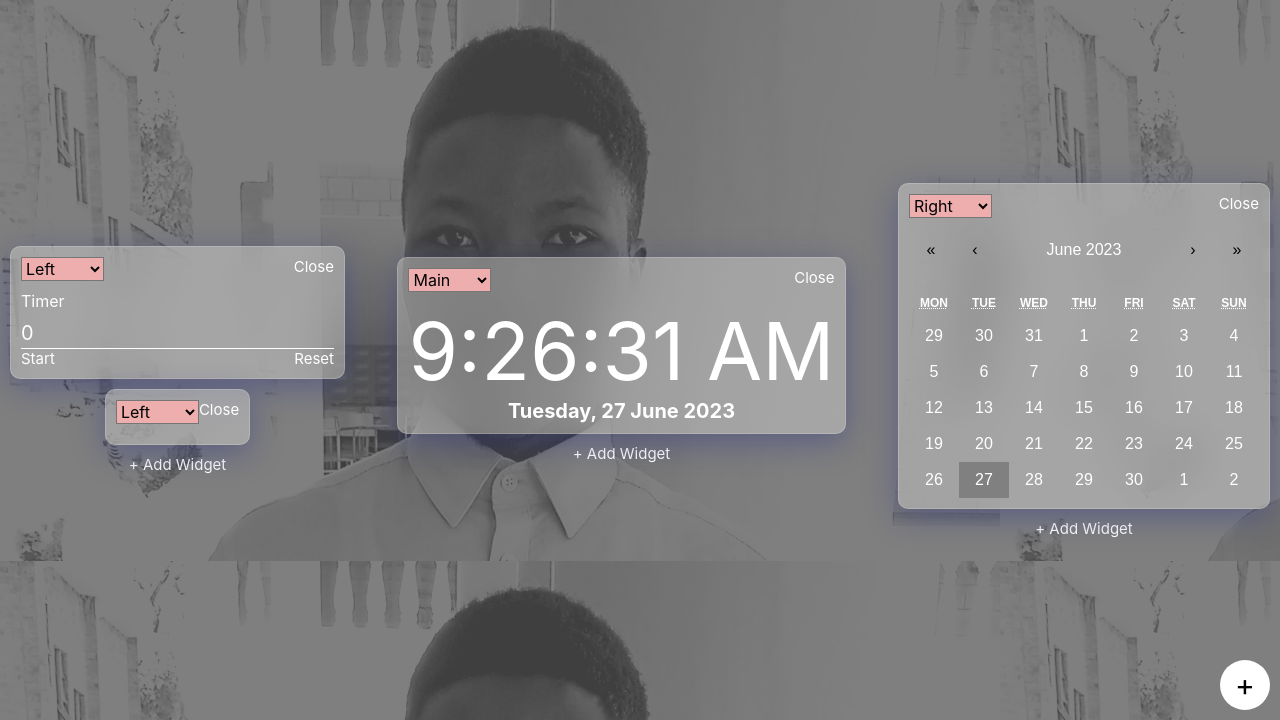
Repository: Angera-Silas/Planner-app
Page: /
An editor plug-in stored every save of this project. The page is shown before and after the next save, followed by the edit.
The browser window is 1280 px wide. The pictures show the whole page.
The project was rebuilt for these pictures with package versions that can differ from the ones it lists, and the page was loaded fresh each time. Also part of the build but not shown: src/widgets/ReminderListWidget.js, src/modals/WidgetGalleryModal.js.

Above is the page before, as saved 2023-06-27 17:29:45.

### src/index.css
body {
  margin: 0;
  font-family: -apple-system, BlinkMacSystemFont, 'Segoe UI', 'Roboto', 'Oxygen',
    'Ubuntu', 'Cantarell', 'Fira Sans', 'Droid Sans', 'Helvetica Neue',
    sans-serif;
  -webkit-font-smoothing: antialiased;
  -moz-osx-font-smoothing: grayscale;
}

code {
  font-family: source-code-pro, Menlo, Monaco, Consolas, 'Courier New',
    monospace;
}
*,
*::before,
*::after {
 box-sizing: border-box;
}

img,
svg,
video,
canvas,
audio,
iframe,
embed,
object {
 display: block;
 max-width: 100%;
}

input,
button,
textarea,
select {
 font: inherit;
 color: black;
}

* {
 margin: 0;
 padding: 0;
 box-sizing: border-box;
 font: inherit;
 color: white;
}

/* width */
::-webkit-scrollbar {
 width: 10px;
}

/* Track */
::-webkit-scrollbar-track {
 background: #363636;
}

/* Handle */
::-webkit-scrollbar-thumb {
 background: #777;
}

/* Handle on hover */
::-webkit-scrollbar-thumb:hover {
 background: #1e1e1e;
}

### src/App.js
import React, { useState } from 'react';
import './App.css';
import ClockWidget from './widgets/ClockWidget';
import WidgetGalleryModal from './modals/WidgetGalleryModal';
import Draggable from 'react-draggable';
import TimerWidget from './widgets/TimerWidget';
import CalendarWidget from './widgets/CalendarWidget';
import MyCustomWidget from './widgets/MyCustomWidget';

function App() {
 const [widgets, setWidgets] = useState([
  { id: new Date().getTime(), component: <ClockWidget />, area: 'main-widget', name: "Date and Time" },
  { id: new Date().getTime() + 2, component: <CalendarWidget />, area: 'right-widget', name: "Calendar" },
  { id: new Date().getTime() + 1, component: <TimerWidget />, area: 'left-widget', name:"Timer" },
  { id: new Date().getTime(), component: <MyCustomWidget/>,area:'left-widget',name:"Stopwatch"},
 ])
 const [showWidgetModal, setShowWidgetModal] = useState(false)
 const [selectedWidgetArea, setSelectedWidgetArea] = useState('')

 const removeWidget = (index) => {
  try {
   setWidgets(widgets.filter(widget => widget.id !== index))
  } catch (error) {
   console.log(error)
  }
 }

 return (
  <>
   {showWidgetModal && <WidgetGalleryModal setShowWidgetModal={setShowWidgetModal} selectedWidgetArea={selectedWidgetArea} widgets={widgets} setWidgets={setWidgets} />}
   <div className="add-button"
    onClick={() => {
     console.log('add button clicked')
     setShowWidgetModal(true)
     setSelectedWidgetArea('none-widget')
    }}
   >
    <p
     className='add-widget-button'
     style={{ background: "none", border: "none", color: "black", fontSize: "30px", cursor: "pointer", backgroundColor: "white", borderRadius: "50%", width: "50px", display: "flex", justifyContent: "center", alignItems: "center", height: "50px", position: "fixed", bottom: "10px", right: "10px" }}
    >+</p>
   </div>
   <div className='none-widget' >
    {widgets.length > 0 && widgets.map((widget, index) => {
     if (widget.area === 'none-widget') {
      return (
       <Draggable>
            <div style={{ padding: 10,}} className='widget-container' >
             <div style={{ marginBottom: 10 }}>
              <select value={widget.area}
               onChange={(e) => {
                let widgetList = [...widgets]
                widgetList[index].area = e.target.value
                setWidgets(widgetList)
               }}
              >
               <option value="none-widget">Floating</option>
               <option value="left-widget">Left</option>
               <option value="main-widget">Main</option>
               <option value="right-widget">Right</option>
              </select>
              <button
               onClick={() => {
                removeWidget(widget.id)
               }}
               style={{ background: "none", border: "none", color: "white", fontSize: "15px", cursor: "pointer", float: "right" }}
              >Close</button>
             </div>
             {widget.component}
            </div>
       </Draggable>
      )
     }
    })}
   </div>
   <div className="App">
    <div className="container">
     <div className='left-widget'>
      {widgets.length > 0 && widgets.map((widget, index) => {
       if (widget.area === 'left-widget') {
        return (
         <div style={{ padding: 10,}} className='widget-container'>
          <div style={{ marginBottom: 10 }}>
           <select value={widget.area}
            onChange={(e) => {
             let widgetList = [...widgets]
             widgetList[index].area = e.target.value
             setWidgets(widgetList)
            }}
           >
            <option value="none-widget">Floating</option>
            <option value="left-widget">Left</option>
            <option value="main-widget">Main</option>
            <option value="right-widget">Right</option>
           </select>
           <button
            onClick={() => {
             removeWidget(widget.id)
            }}
            style={{ background: "none", border: "none", color: "white", fontSize: "15px", cursor: "pointer", float: "right" }}
           >Close</button>
          </div>
          {widget.component}
         </div>
        )
       }
      })}
      {widgets.filter(widget => widget.area === 'left-widget').length < 3 && widgets.filter(widget => widget.area === 'left-widget').length > 0 &&
       <button
        className='add-widget-button'
        onClick={() => {
         setShowWidgetModal(true)
         setSelectedWidgetArea('left-widget')
        }}>+ Add Widget</button>
      }
     </div>
     <div className='main-widget'>
      {widgets.length > 0 && widgets.map((widget, index) => {
       if (widget.area === 'main-widget') {
        return (
         <div style={{ padding: 10,}} className='widget-container' >
          <div style={{ marginBottom: 10 }}>
           <select value={widget.area}
            onChange={(e) => {
             let widgetList = [...widgets]
             widgetList[index].area = e.target.value
             setWidgets(widgetList)
            }}
           >
            <option value="none-widget">Floating</option>
            <option value="left-widget">Left</option>
            <option value="main-widget">Main</option>
            <option value="right-widget">Right</option>
           </select>
           <button
            onClick={() => {
             removeWidget(widget.id)
            }}
            style={{ background: "none", border: "none", color: "white", fontSize: "15px", cursor: "pointer", float: "right" }}
           >Close</button>
          </div>
          {widget.component}
         </div>
        )
       }
      })}
      {widgets.filter(widget => widget.area === 'main-widget').length < 2 &&
       <button
        className='add-widget-button'
        onClick={() => {
         setShowWidgetModal(true)
         setSelectedWidgetArea('main-widget')
        }}>+ Add Widget</button>
      }
     </div>
     <div className='right-widget'>
      {widgets.length > 0 && widgets.map((widget, index) => {
       if (widget.area === 'right-widget') {
        return (
         <div style={{ padding: 10,}} className='widget-container'>
          <div style={{ marginBottom: 10 }}>
           <select value={widget.area}
            onChange={(e) => {
             let widgetList = [...widgets]
             widgetList[index].area = e.target.value
             setWidgets(widgetList)
            }}
           >
            <option value="none-widget">Floating</option>
            <option value="left-widget">Left</option>
            <option value="main-widget">Main</option>
            <option value="right-widget">Right</option>
           </select>
           <button
            onClick={() => {
             removeWidget(widget.id)
            }}
            style={{ background: "none", border: "none", color: "white", fontSize: "15px", cursor: "pointer", float: "right" }}
           >Close</button>
          </div>
          {widget.component}
         </div>
        )
       }
      })}
      {widgets.filter(widget => widget.area === 'right-widget').length < 3 && widgets.filter(widget => widget.area === 'right-widget').length > 0 &&
       <button
        className='add-widget-button'
        onClick={() => {
         setShowWidgetModal(true)
         setSelectedWidgetArea('right-widget')
        }}>+ Add Widget</button>
      }
     </div>
    </div>
   </div>
  </>
 )
}

export default App;

### src/App.css
.App {
  background: url("background.jpg");
  height: 100vh;
  display: flex;
  justify-content: flex-start;
  align-items: center;

}

.container {
  display: flex;
  flex-direction: row;
  align-items: flex-start;
  justify-content: space-between;
  gap: 10px;
  width: 100vw;
  padding: 10px;
  max-height: 100vh;
  height: 100%;

}

.item {
  background-color: rgba(255, 255, 255, 0.8);
  border: 1px solid rgba(0, 0, 0);
  padding: 20px;
  font-size: 30px;
  text-align: center;
}

.time {
  font-size: 80px;
  color: white;
  text-align: center;
}

.date {
  font-size: 20px;
  color: white;
  text-align: center;
  font-weight: bold;
}

.add-widget-button {
  background-color: transparent;
  color: white;
  border: none;
  font-size: 15px;
  text-align: center;
  cursor: pointer;
}

.add-widget-button:hover {
  color: #1e1e1e;
}

.right-widget,
.left-widget,
.main-widget {
  display: flex;
  justify-content: center;
  align-items: center;
  flex-direction: column;
  gap: 10px;
  height: 100%;
  max-width: 500px;
}

.none-widget {
  position: fixed;
  /* height: 100vh;
  width: 100vw; */
  top: 0px;
  left: 0px;
}

select {
 background-color: #efaeae;
}

/* Modal */
.modal {
  position: fixed;
  z-index: 1;
  padding-top: 100px;
  left: 0;
  top: 0;
  width: 100vw;
  height: 100vh;
  overflow: auto;
  background-color: rgb(0, 0, 0, 0.4);
}

.modal-content {
  background-color: #183A37;
  margin: auto;
  padding: 20px;
  width: 50%;
  max-height: 50vh;
  overflow: scroll;
}

.modal-header {
  display: flex;
  justify-content: space-between;
  align-items: flex-start;
}

.modal-header h2 {
  color: white;
  font-weight: bold;
  font-size: 25px;
}

.row {
  display: flex;
  justify-content: space-between;
  align-items: center;
  gap: 10px;
}

.widget-gallery-item {
  color: black;
  border: 1px solid white;
  padding: 10px;
  margin-bottom: 10px;
}

.text-input {
  outline: none;
  border: none;
  border-bottom: 1px solid white;
  width: 100%;
  background-color: transparent;
  color: white;
  font-size: 20px;
  margin-top: 10px;
  padding-bottom: 3px;
}

.widget-container {
  background: rgba(255, 255, 255, 0.3);
  box-shadow: 0 8px 32px 0 rgba(31, 38, 135, 0.37);
  backdrop-filter: blur(20px);
  -webkit-backdrop-filter: blur(20px);
  border-radius: 10px;
  border: 1px solid rgba(255, 255, 255, 0.18);

}

.widget-gallery-item-name{
  font-size: 20px;
  font-weight: bold;
  margin-bottom: 10px;
}

### src/widgets/ClockWidget.js
import React, { useEffect, useState } from 'react'

export default function ClockWidget() {
  const [time, setTime] = useState(new Date().toLocaleTimeString())
  const [date, setDate] = useState(new Date())
  useEffect(() => {
    const interval = setInterval(() => {
      setTime(new Date().toLocaleTimeString())
      setDate(new Date())
    }, 1000)
    return () => clearInterval(interval)
  }, [])

  const tidyDate = (date) => {
    const dateArray = date
    const day = dateArray.getDay()
    const dateNumber = dateArray.getDate()
    const month = dateArray.getMonth() + 1
    const year = dateArray.getFullYear()

    const days = ['Sunday', 'Monday', 'Tuesday', 'Wednesday', 'Thursday', 'Friday', 'Saturday']
    const months = ['January', 'February', 'March', 'April', 'May', 'June', 'July', 'August', 'September', 'October', 'November', 'December']

    return `${days[day]}, ${dateNumber} ${months[month - 1]} ${year}`

  }

  return (
    <div>
      <p className='time'>{time}</p>
      <p className='date'>{tidyDate(date)}</p>
    </div>
  )
}

### src/widgets/TimerWidget.js
import React, { useEffect, useState } from 'react'

export default function TimerWidget() {
  const [timerListData, setTimerListData] = useState({
    time: 0,
    isRunning: false,
  })

  const tidyTime = (time) => {
    let hours = Math.floor(time / 3600)
    let minutes = Math.floor((time - (hours * 3600)) / 60)
    let seconds = time - (hours * 3600) - (minutes * 60)

    if (hours < 10) { hours = "0" + hours }
    if (minutes < 10) { minutes = "0" + minutes }
    if (seconds < 10) { seconds = "0" + seconds }

    return hours + ':' + minutes + ':' + seconds
  }

  useEffect(() => {
    // timer logic
    let interval = null
    if (timerListData.isRunning && timerListData.time > 0) {
      interval = setInterval(() => {
        setTimerListData({
          ...timerListData,
          time: parseInt(timerListData.time) - 1,
        })
      }, 1000)
    } else if (!timerListData.isRunning && timerListData.time !== 0) {
      setTimerListData({
        ...timerListData,
        isRunning: false,
      })
      clearInterval(interval)
    } else if (timerListData.isRunning && timerListData.time === 0) {
      setTimerListData({
        ...timerListData,
        isRunning: false,
      })
      clearInterval(interval)
      alert('Timer is up!')
    }

      return () => clearInterval(interval)
  }, [timerListData.isRunning, timerListData.time])

  return (
    <div style={{ minWidth: 300 }}>
      <div style={{ display: "flex", justifyContent: "space-between", alignItems: "row" }}>
        <p>Timer</p>
      </div>
      <div className='timer-container'>
        <div className='timer-display'>
          {timerListData.isRunning ?
            <p style={{ textAlign: "center", fontWeight: "bold", fontSize: 20 }}>{tidyTime(timerListData.time)}</p>
            :
            <input type="text" className='text-input' value={timerListData.time} onChange={(e) => {
              setTimerListData({
                ...timerListData,
                time: e.target.value,
              })
            }} />
          }
        </div>
        <div className='timer-controls' style={{ display: "flex", justifyContent: "space-between", alignItems: "center", }}>
          <button
            style={{
              background: "none",
              border: "none",
              color: "white",
              fontSize: "15px",
              cursor: "pointer",
            }}
            onClick={() => {
              setTimerListData({
                ...timerListData,
                isRunning: !timerListData.isRunning,
              })
            }}
          >{timerListData.isRunning ? 'Stop' : 'Start'}</button>
          <button
            style={{
              background: "none",
              border: "none",
              color: "white",
              fontSize: "15px",
              cursor: "pointer",
            }}
            onClick={() => {
              setTimerListData({
                ...timerListData,
                time: 0,
              })
            }}
          >Reset</button>
        </div>
      </div>
    </div>
  )
}

### src/widgets/MyCustomWidget.js
import React, { useEffect, useState } from 'react';
import { BsStopwatch } from 'react-icons/bs'

export default function MyCustomWidget() {
   const [stopwatchData, setStopwatchData] = useState([
  { id: 0, name: "Timer 1", time: 0, isRunning: false, lap: [], time_started: 0, pause: [] },
 ])
 const [selectedRow, setSelectedRow] = useState(0)

 useEffect(() => {
  const interval = setInterval(() => {
   setStopwatchData(stopwatchData.map((stopwatch) => {
    if (stopwatch.isRunning) {
     return { ...stopwatch, time: new Date() - stopwatch.time_started - stopwatch.pause.reduce((a, b) => a + b, 0) }
    }
    return stopwatch
   }))
  }, 10)
  return () => clearInterval(interval)
 }, [stopwatchData])
 const handleStart = (id) => {
  setStopwatchData(stopwatchData.map((stopwatch) => {
   if (stopwatch.id === id) {
    return { ...stopwatch, isRunning: true, time_started: new Date() - stopwatch.time - stopwatch.pause.reduce((a, b) => a + b, 0) }
   }
   return stopwatch
  }))
 }

 const handleStop = (id) => {
  setStopwatchData(stopwatchData.map((stopwatch) => {
   if (stopwatch.id === id) {
    return { ...stopwatch, isRunning: false, pause: [...stopwatch.pause, new Date() - stopwatch.time_started - stopwatch.pause.reduce((a, b) => a + b, 0)] }
   }
   return stopwatch
  }))
 }

 const handleReset = (id) => {
  setStopwatchData(stopwatchData.map((stopwatch) => {
   if (stopwatch.id === id) {
    return { ...stopwatch, time: 0, isRunning: false, lap: [] }
   }
   return stopwatch
  }))
 }

 const handleLap = (id) => {
  setStopwatchData(stopwatchData.map((stopwatch) => {
   if (stopwatch.id === id) {
    return { ...stopwatch, lap: [...stopwatch.lap, stopwatch.time] }
   }
   return stopwatch
  }))
 }
  return (
    <div>

    </div>
  )
}

### src/styles/styles.css
.react-calendar {
  width: 350px;
  max-width: 100%;
  background: transparent;
  font-family: Arial, Helvetica, sans-serif;
  line-height: 1.125em;
}

.react-calendar--doubleView {
  width: 700px;
}

.react-calendar--doubleView .react-calendar__viewContainer {
  display: flex;
  margin: -0.5em;
}

.react-calendar--doubleView .react-calendar__viewContainer > * {
  width: 50%;
  margin: 0.5em;
}

.react-calendar,
.react-calendar *,
.react-calendar *:before,
.react-calendar *:after {
  -moz-box-sizing: border-box;
  -webkit-box-sizing: border-box;
  box-sizing: border-box;
}

.react-calendar button {
  margin: 0;
  border: 0;
  outline: none;
}

.react-calendar button:enabled:hover {
  cursor: pointer;
}

.react-calendar__navigation {
  display: flex;
  height: 44px;
  margin-bottom: 1em;
}

.react-calendar__navigation button {
  min-width: 44px;
  background: none;
}

.react-calendar__navigation button:disabled {
  background-color: #f0f0f0;
}

.react-calendar__navigation button:enabled:hover,
.react-calendar__navigation button:enabled:focus {
  background-color: #e6e6e6;
}

.react-calendar__month-view__weekdays {
  text-align: center;
  text-transform: uppercase;
  font-weight: bold;
  font-size: 0.75em;
}

.react-calendar__month-view__weekdays__weekday {
  padding: 0.5em;
}

.react-calendar__month-view__weekNumbers .react-calendar__tile {
  display: flex;
  align-items: center;
  justify-content: center;
  font-size: 0.75em;
  font-weight: bold;
}

.react-calendar__month-view__days__day--weekend {
  color: #d10000;
}

.react-calendar__month-view__days__day--neighboringMonth {
  color: #757575;
}

.react-calendar__year-view .react-calendar__tile,
.react-calendar__decade-view .react-calendar__tile,
.react-calendar__century-view .react-calendar__tile {
  padding: 2em 0.5em;
}

.react-calendar__tile {
  max-width: 100%;
  padding: 10px 6.6667px;
  background: none;
  text-align: center;
  line-height: 16px;
}

.react-calendar__tile:disabled {
  background-color: #f0f0f0;
}

.react-calendar__tile:enabled:hover,
.react-calendar__tile:enabled:focus {
  background-color: #e6e6e6;
}

.react-calendar__tile--now {
  background: gray;
}

.react-calendar__tile--now:enabled:hover,
.react-calendar__tile--now:enabled:focus {
  background: gray;
}

.react-calendar__tile--hasActive {
  background: #76baff;
}

.react-calendar__tile--hasActive:enabled:hover,
.react-calendar__tile--hasActive:enabled:focus {
  background: #a9d4ff;
}

.react-calendar__tile--active {
  background: #006edc;
  color: white;
}

.react-calendar__tile--active:enabled:hover,
.react-calendar__tile--active:enabled:focus {
  background: #1087ff;
}

.react-calendar--selectRange .react-calendar__tile--hover {
  background-color: #e6e6e6;
}

Loaded but not shown: public/index.html (common file); src/index.js (common file); src/reportWebVitals.js (common file); src/widgets/CalendarWidget.js (common file)

After the next save:
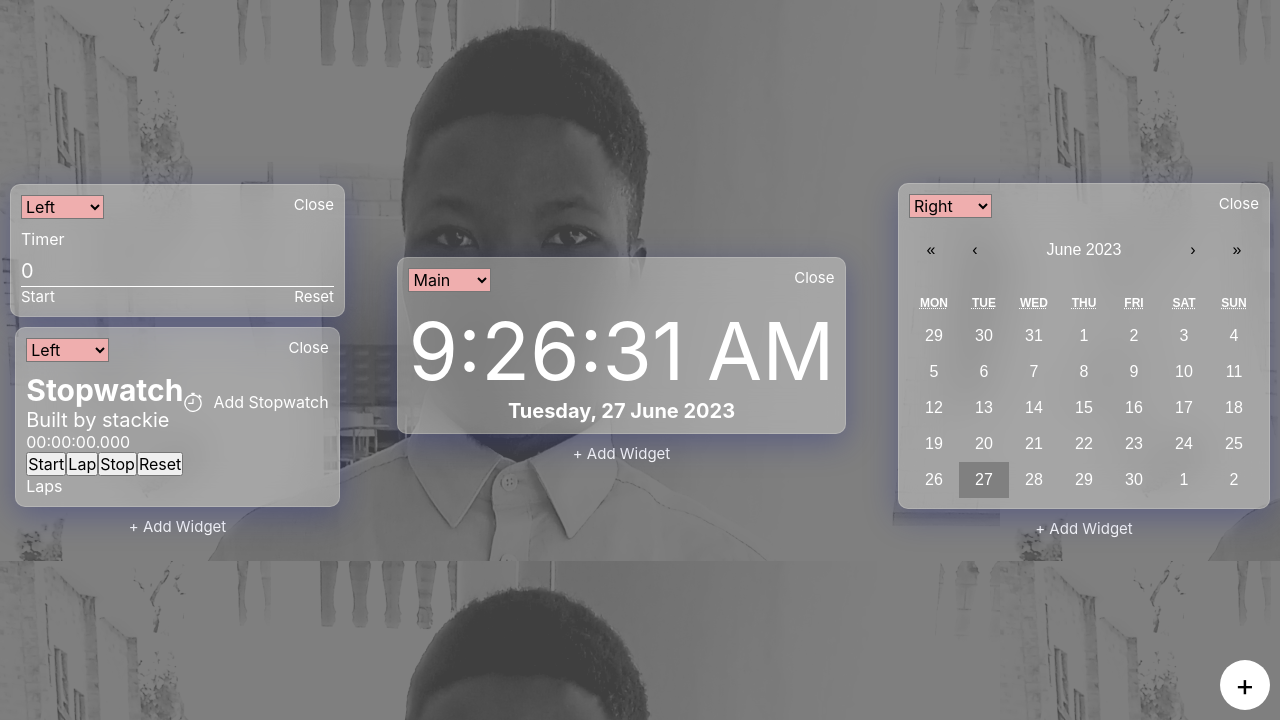
Saved 86 s later.
--- a/src/widgets/MyCustomWidget.js
+++ b/src/widgets/MyCustomWidget.js
@@ -55,7 +55,33 @@ export default function MyCustomWidget() {
  }
   return (
     <div>
+       <div style={{ display: "flex", alignItems: "center", flexDirection: "row", justifyContent: "space-between", width: "100%" }}>
+      <div style={{ textAlign: "left" }}>
+       <h1 style={{ fontWeight: "bold", fontSize: 30 }}>Stopwatch</h1>
+       <p style={{ fontWeight: "normal", fontSize: 20 }}>Built by stackie</p>
+      </div>
+      <div style={{ cursor: "pointer", alignItems: "center", display: "flex", flexDirection: "row", gap: 10 }} onClick={() => setStopwatchData([...stopwatchData, { id: stopwatchData.length, name: `Timer ${stopwatchData.length + 1}`, time: 0, isRunning: false, lap: [], pause: [] }])}>
+       <BsStopwatch size={20} color={"white"} />
+       <p>Add Stopwatch</p>
+      </div>
+     </div>
 
+     <p className='main-time-label'>{stopwatchData[selectedRow]?.time > 0 ? new Date(stopwatchData[selectedRow]?.time).toISOString().slice(11, -1) : "00:00:00.000"}</p>
+     <div className="main-button-controls">
+      <button className={"control-buttons"} onClick={() => handleStart(stopwatchData[selectedRow].id)}>Start</button>
+      <button className={"control-buttons"} onClick={() => handleLap(stopwatchData[selectedRow].id)}>Lap</button>
+      <button className={"control-buttons"} onClick={() => handleStop(stopwatchData[selectedRow].id)}>Stop</button>
+      <button className={"control-buttons"} onClick={() => handleReset(stopwatchData[selectedRow].id)}>Reset</button>
+     </div>
+     <p className='lap-label'>Laps</p>
+     <div className='lap-container'>
+      {stopwatchData[selectedRow]?.lap.length > 0 && stopwatchData[selectedRow]?.lap.map((lap, index) => (
+       <div style={{ display: "flex", justifyContent: "space-between", width: "500px" }}>
+        <p>Lap {index + 1}</p>
+        <p className='lap-time-label' key={index}>{new Date(lap).toISOString().slice(11, -1)}</p>
+       </div>
+      ))}
+     </div>
     </div>
   )
 }
